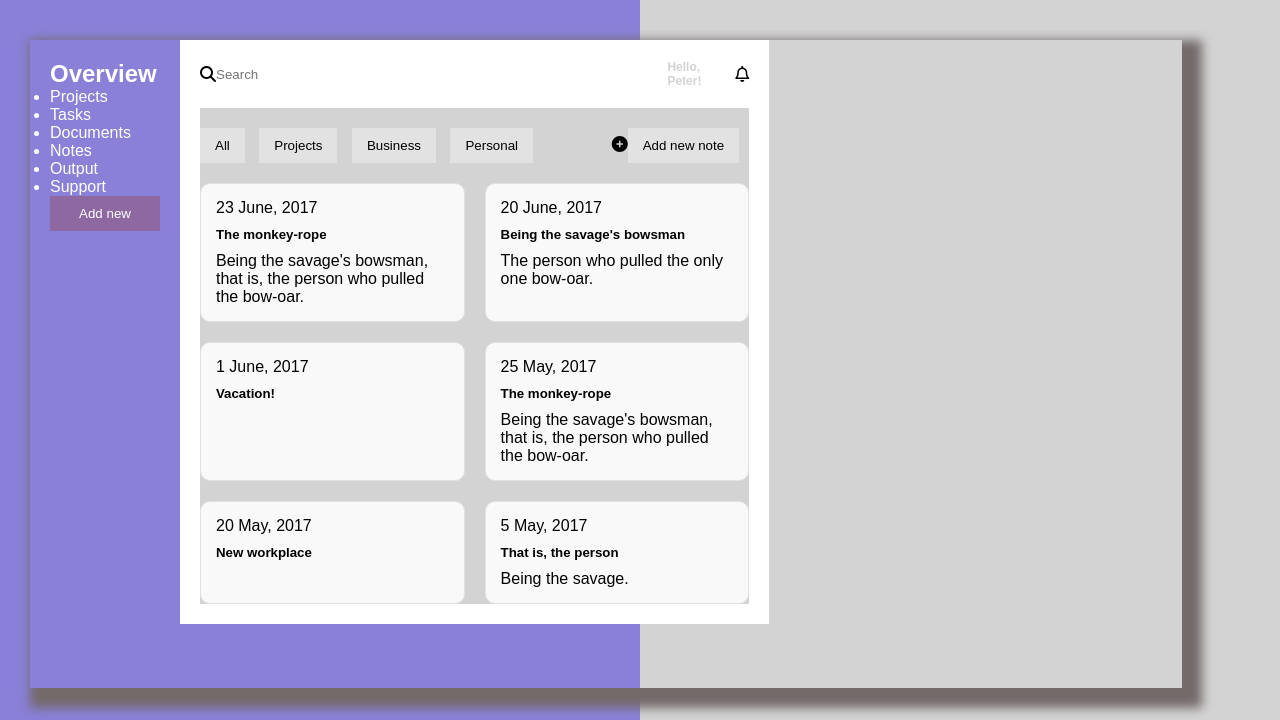
Repository: SatenikGabrielyan/HTML_CSS-_Assignment
Page: index.html
These files come from the project's save history. The page is drawn as it stood at one moment and after the next save; the edit follows.
The browser window is 1280 px wide. The pictures show the whole page.
Some web libraries are served in a nearby version.

Above is the page before, as saved 2025-03-17 23:05:36.

After the next save:
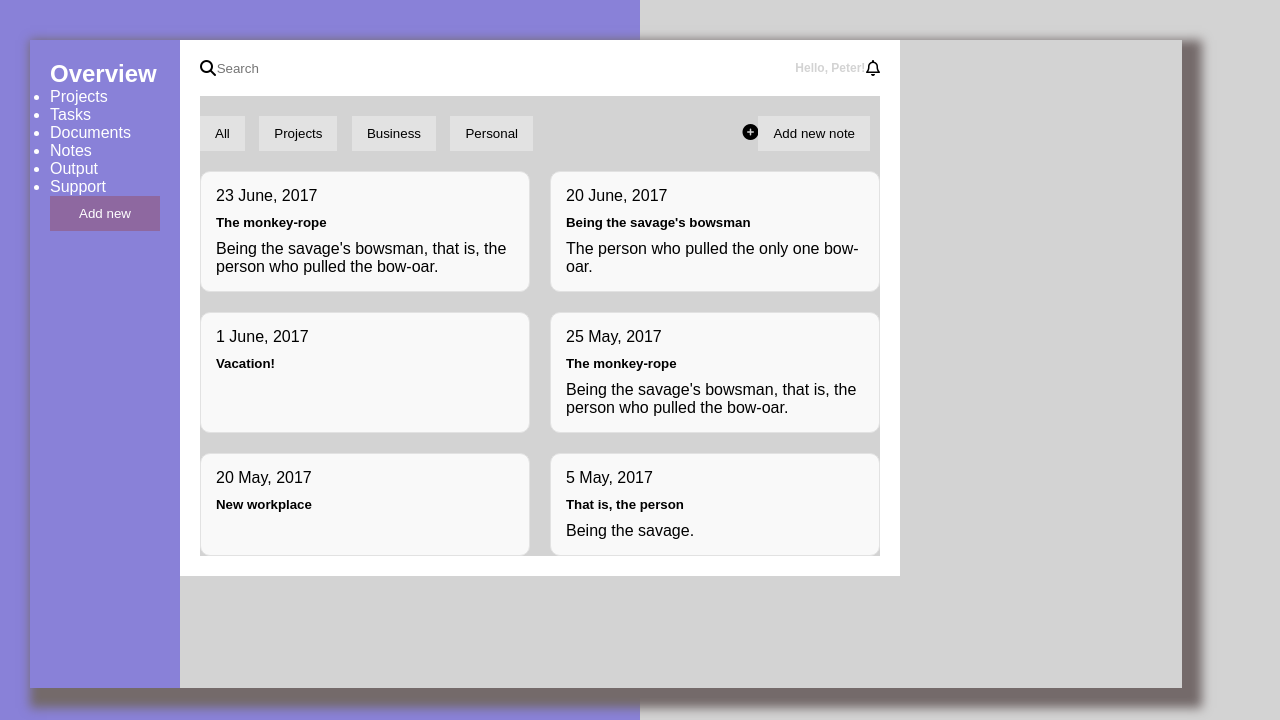
Saved 5 s later.
--- a/style.css
+++ b/style.css
@@ -25,7 +25,7 @@
     position: relative;
   } */
   .gr {
-      wi
+      width: 100vh;
       background-color: lightgrey;
   }
   .cont{

After the save that followed:
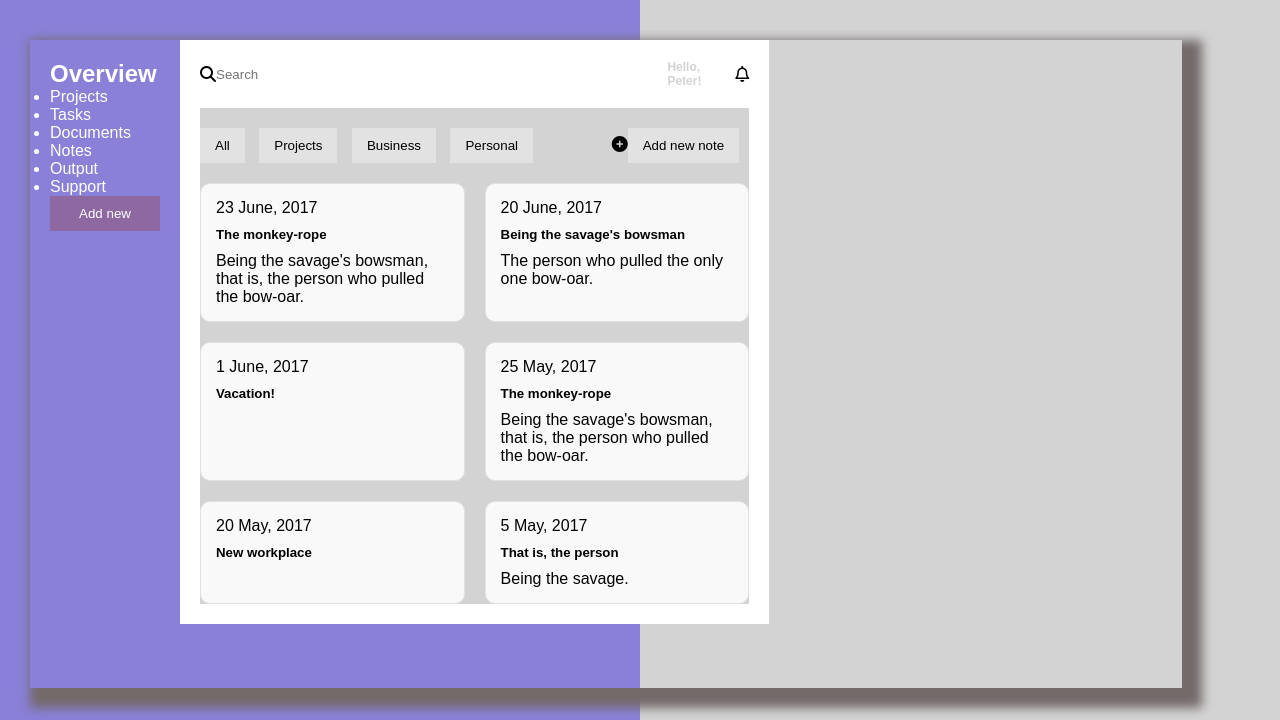
Saved 93 s later.
--- a/style.css
+++ b/style.css
@@ -24,10 +24,7 @@
   /* .wrapper{
     position: relative;
   } */
-  .gr {
-      width: 100vh;
-      background-color: lightgrey;
-  }
+
   .cont{
       display: flex;
       width: 100%;
